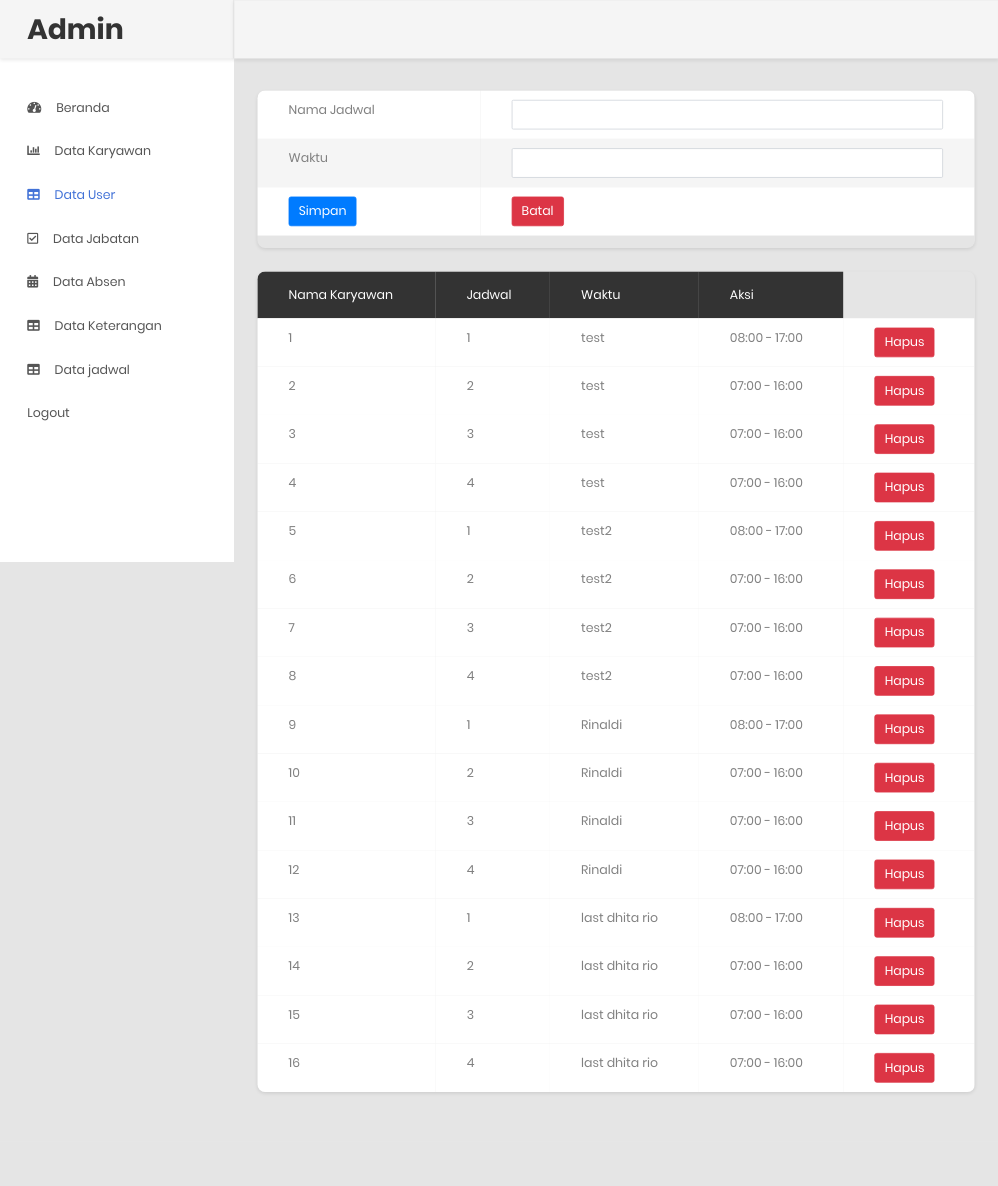
Repository: naldi23bob/Absen2
Page: http://localhost/datajadwal.php
An editor plug-in stored every save of this project. The page is shown before and after the next save, followed by the edit.
The browser window is 1280 px wide. The pictures show the whole page, at 78% of full size.
The page is run by PHP 8.4 with error messages shown; the project is at /var/www/html/. The session is filled in as if someone had signed in: {"idsi": 2, "namasi": "admin", "ttlsi": 1, "jenkelsi": 1, "agamasi": 1, "alamatsi": 1, "teleponsi": 1, "jabatansi": 1, "schedulesi": 1, "fotosi": 1, "username": "admin"}. The database holds what the project's SQL file puts in it.

Above is the page before, as saved 2023-07-23 15:18:09.

After the next save:
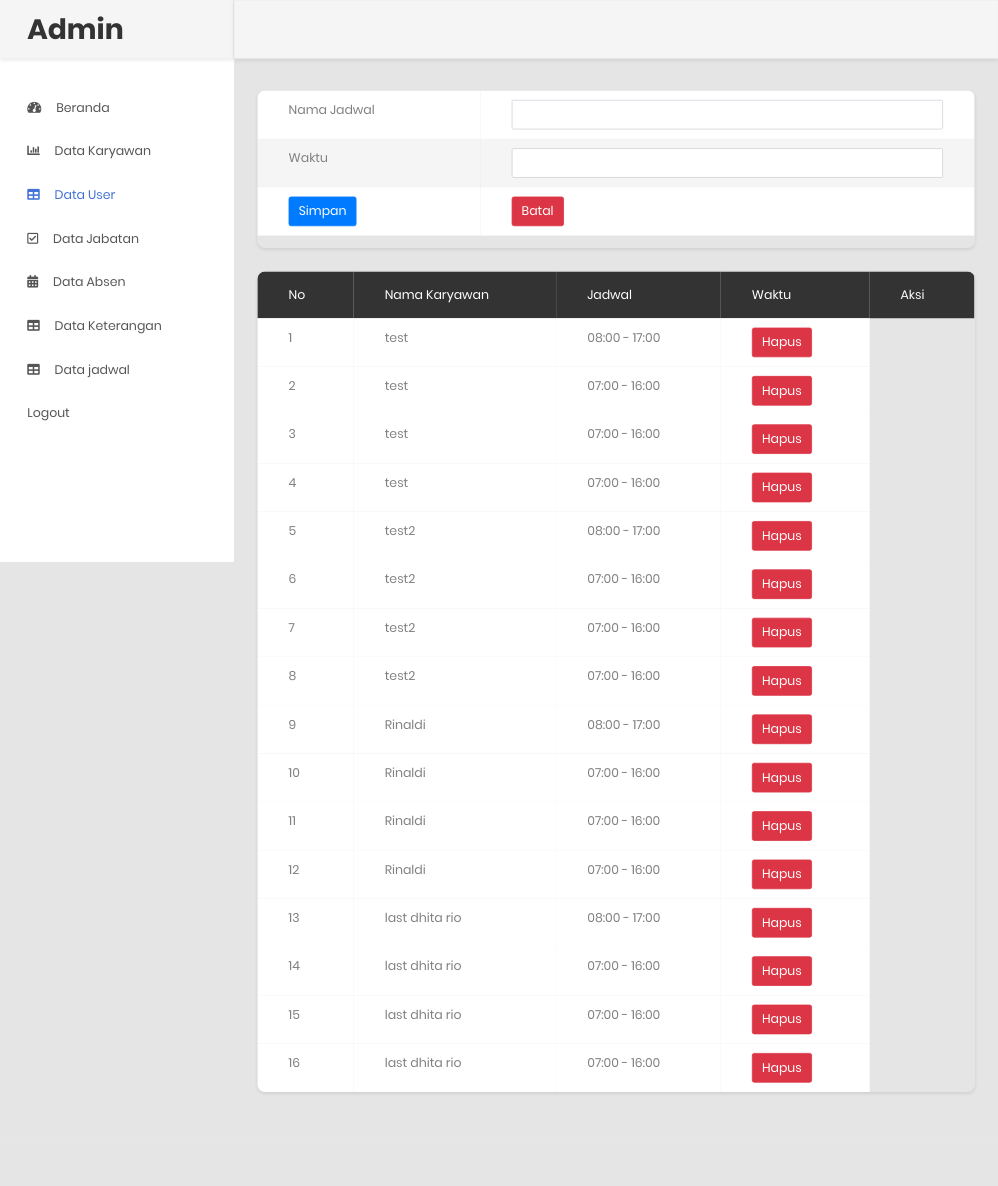
Saved 64 s later.
--- a/datajadwal.php
+++ b/datajadwal.php
@@ -236,7 +236,7 @@ error_reporting(0);
                                     <table class="table table-borderless table-striped table-earning">
                                         <thead>
                                             <tr>
-                                                <!-- <th>No</th> -->
+                                                <th>No</th>
                                                 <th>Nama Karyawan</th>
                                                 <th>Jadwal</th>
                                                 <th>Waktu</th>
@@ -257,10 +257,10 @@ error_reporting(0);
                                         <tbody>
                                             <tr>
                                                 <td><?php echo $no ?></td>
-                                                <td><?php echo $row['id']; ?></td>
                                                 <td><?php echo $row['nama']; ?></td>
                                                 <td><?php echo $row['in_out']; ?></td>
-
+                                                <!-- <td><?php echo $row['in_out']; ?></td>
+                                                 -->
 
 
                                                 </td>
